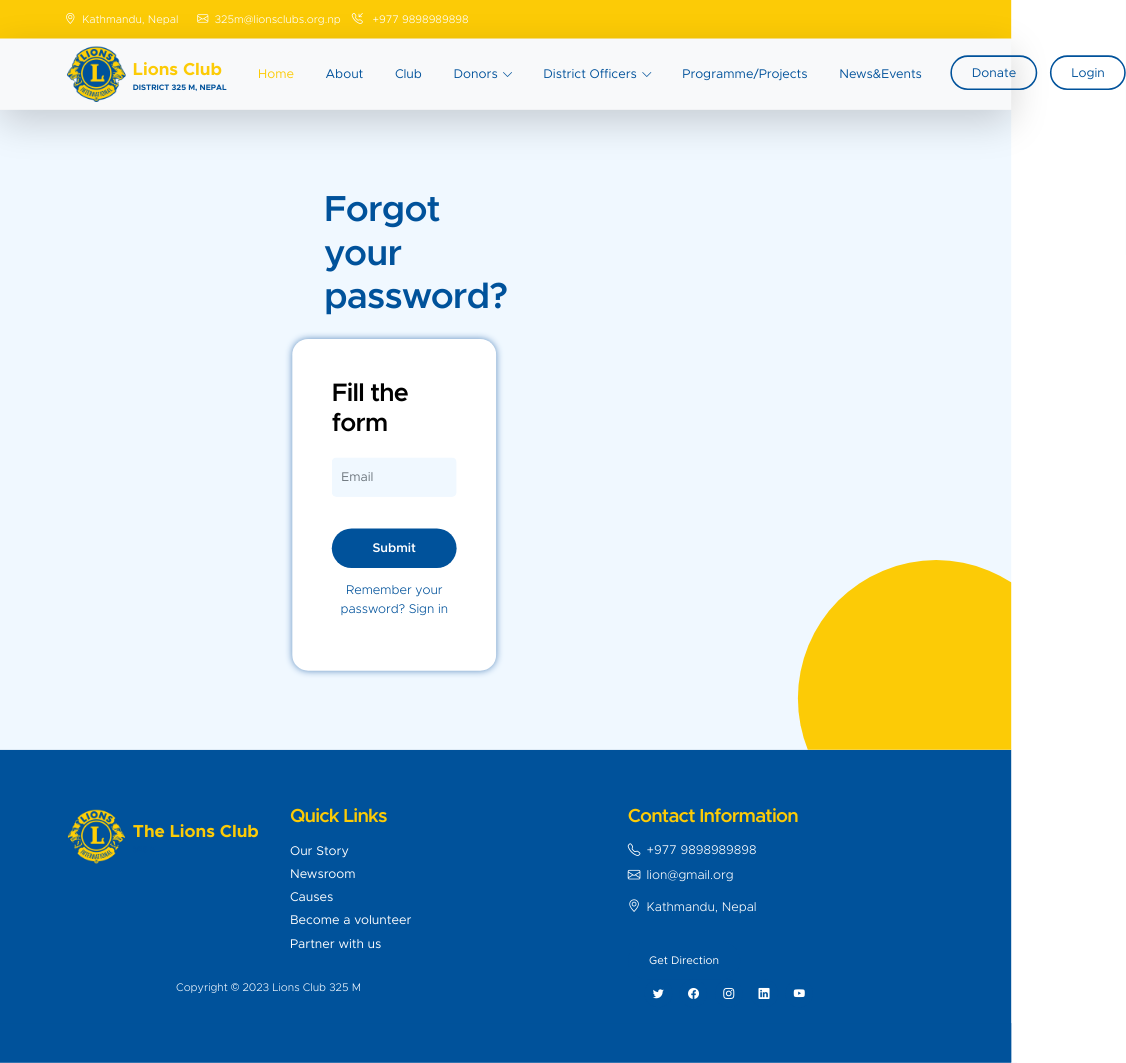
Repository: sandhya8109/Lions
Page: http://localhost/forget.php
An editor plug-in stored every save of this project. The page is shown before and after the next save, followed by the edit.
The browser window is 1280 px wide. The page is 1425 px wide, so the pictures cover 1425 px, including what lies to the right of the window. The pictures show the whole page, at 79% of full size.
The page is run by PHP 8.4 with error messages shown; the project is at /var/www/html/.

Above is the page before, as saved 2023-06-18 14:02:48.
Console error: TypeError: Cannot read properties of undefined (reading 'top')

### forget.php
<?php include('nav.php')
    ?>
<!--Volunteer start-->
<section class="volunteer-section section-padding" id="section_4" style="background-color:var(--section-bg-color);">
    <div class="container">
        <div class="row">

            <div class="col-lg-6 col-12" style=" padding-left:300px;">
                <h2 class="mb-4" style="color:#00529b; padding-left:40px; ">Forgot your password?</h2>
                <form class="custom-form volunteer-form mb-5 mb-lg-0" action="#" method="post" role="form"
                    style="box-shadow: 0 0 9px rgb(91, 139, 190);">
                    <h3 class="mb-4">Fill the form</h3>

                    <div class="row">
                        <div class="col-lg-12">
                            <input type="email" name="email" id="email" class="form-control" placeholder="Email"
                                required>
                        </div>
                    </div>

                    <div class="row mt-3">
                        <div class="col-lg-12">
                            <button type="submit" class="form-control">Submit</button>
                        </div>
                    </div>

                    <div class="row mt-3">
                        <div class="col-lg-12">
                            <p class="text-center">Remember your password? <a href="#">Sign in</a></p>
                        </div>
                    </div>
                </form>



            </div>



        </div>
    </div>
</section>
<!--Login form -->
<?php include('footer.php')
    ?>

### nav.php
<!doctype html>
<html lang="en">

<head>
    <meta charset="utf-8">
    <meta name="viewport" content="width=device-width, initial-scale=1">
    <meta name="description" content="">
    <meta name="author" content="">
    <title>Lions Club International </title>
    <!-- CSS FILES -->
    <link href="css/bootstrap.min.css" rel="stylesheet">
    <link href="css/bootstrap-icons.css" rel="stylesheet">
    <link href="css/styles.css" rel="stylesheet">
</head>

<body id="section_1">

    <header class="site-header">
        <div class="container">
            <div class="row">

                <div class="col-lg-8 col-12 d-flex flex-wrap">
                    <p class="d-flex me-4 mb-0">
                        <i class="bi-geo-alt me-2"></i>
                        Kathmandu, Nepal
                    </p>

                    <p class="d-flex mb-0">
                        <i class="bi-envelope me-2"></i>

                        <a href="mailto:info@company.com">
                            325m@lionsclubs.org.np
                        </a>
                    </p>
                    &nbsp; &nbsp;
                    <p class="d-flex mb-0">
                        <i class="bi bi-telephone-inbound"></i>
                        &nbsp; &nbsp;
                        <a href="tel:+9779898989898">
                            +977 9898989898
                        </a>
                    </p>
                </div>
            </div>
        </div>
    </header>
    <nav class="navbar navbar-expand-lg bg-light shadow-lg">
        <div class="container">

            <a class="navbar-brand" href="index.php">
                <img src="images/logo.png" class="logo img-fluid">
                <span>
                    Lions Club
                    <small>District 325 M, Nepal</small>
                </span>
            </a>
            <button class="navbar-toggler" type="button" data-bs-toggle="collapse" data-bs-target="#navbarNav"
                aria-controls="navbarNav" aria-expanded="false" aria-label="Toggle navigation">
                <span class="navbar-toggler-icon"></span>
            </button>

            <div class="collapse navbar-collapse" id="navbarNav">

                <ul class="navbar-nav ms-auto">
                    <li class="nav-item">
                        <a class="nav-link click-scroll" href="./index.php">Home</a>
                    </li>

                    <li class="nav-item">
                        <a class="nav-link click-scroll" href="./about.php">About</a>
                    </li>

                    <li class="nav-item">
                        <a class="nav-link click-scroll" href="./club.php">Club</a>
                    </li>

                    <li class="nav-item dropdown">
                        <a class="nav-link click-scroll dropdown-toggle" href="#section_5"
                            id="navbarLightDropdownMenuLink" role="button" data-bs-toggle="dropdown"
                            aria-expanded="false">Donors</a>

                        <ul class="dropdown-menu dropdown-menu-light" aria-labelledby="navbarLightDropdownMenuLink">
                            <li><a class="dropdown-item" href="news.php">PMJF</a></li>

                            <li><a class="dropdown-item" href="news-detail.php">MJF</a></li>
                            <li><a class="dropdown-item" href="news-detail.php">Campaign 100</a></li>
                            <li><a class="dropdown-item" href="news-detail.php">Cam 100</a></li>
                        </ul>
                    </li>


                    <li class="nav-item dropdown">
                        <a class="nav-link click-scroll dropdown-toggle" href="#section_5"
                            id="navbarLightDropdownMenuLink" role="button" data-bs-toggle="dropdown"
                            aria-expanded="false">District Officers</a>

                        <ul class="dropdown-menu dropdown-menu-light" aria-labelledby="navbarLightDropdownMenuLink">
                            <li><a class="dropdown-item" href="news.php">Governor Team</a></li>

                            <li><a class="dropdown-item" href="news-detail.php">Advisor Council</a></li>
                            <li><a class="dropdown-item" href="news-detail.php">Coordinators</a></li>
                            <li><a class="dropdown-item" href="news-detail.php">District Committee</a></li>
                            <li><a class="dropdown-item" href="news-detail.php">CC/AC/RC/ZC/DC</a></li>
                        </ul>
                    </li>

                    <li class="nav-item">
                        <a class="nav-link click-scroll" href="#section_9">Programme/Projects</a>
                    </li>
                    <li class="nav-item">
                        <a class="nav-link click-scroll" href="./news.php">News&Events</a>
                    </li>
                    <li class="nav-item ms-3">
                        <a class="nav-link custom-btn custom-border-btn btn" href="donate.php">Donate</a>
                    </li>
                    <li class="nav-item ms-3">
                        <a class="nav-link custom-btn custom-border-btn btn" href="login.php">Login</a>
                    </li>
                </ul>
            </div>
        </div>
    </nav>

### footer.php
<footer class="site-footer">
    <div class="container">
        <div class="row">
            <div class="col-lg-3 col-12 mb-4">
                <a class="navbar-brand" href="index.html">
                    <img src="images/logo.png" class="logo img-fluid" alt="Kind Heart Charity">
                    <span>
                        The Lions Club
                        <small>325 M</small>
                    </span>
                </a>

            </div>

            <div class="col-lg-4 col-md-6 col-12 mb-4">
                <h5 class="site-footer-title mb-3">Quick Links</h5>

                <ul class="footer-menu">
                    <li class="footer-menu-item"><a href="#" class="footer-menu-link">Our Story</a></li>

                    <li class="footer-menu-item"><a href="#" class="footer-menu-link">Newsroom</a></li>

                    <li class="footer-menu-item"><a href="#" class="footer-menu-link">Causes</a></li>

                    <li class="footer-menu-item"><a href="#" class="footer-menu-link">Become a volunteer</a></li>

                    <li class="footer-menu-item"><a href="#" class="footer-menu-link">Partner with us</a></li>
                </ul>
            </div>

            <div class="col-lg-4 col-md-6 col-12 mx-auto">
                <h5 class="site-footer-title mb-3">Contact Information</h5>

                <p class="text-white d-flex mb-2">
                    <i class="bi-telephone me-2"></i>

                    <a href="tel: +977 9898989898" class="site-footer-link">
                        +977 9898989898
                    </a>
                </p>

                <p class="text-white d-flex">
                    <i class="bi-envelope me-2"></i>

                    <a href="mailto:info@yourgmail.com" class="site-footer-link">
                        lion@gmail.org
                    </a>
                </p>

                <p class="text-white d-flex mt-3">
                    <i class="bi-geo-alt me-2"></i>
                    Kathmandu, Nepal
                </p>

                <a href="#" class="custom-btn btn mt-3">Get Direction</a>
            </div>
            <div class="col-lg-6 col-md-7 col-12">
                <p class="copyright-text mb-0">Copyright © 2023 Lions Club 325 M
                </p>
            </div>

            <div class="col-lg-6 col-md-5 col-12 d-flex justify-content-center align-items-center mx-auto">
                <ul class="social-icon">
                    <li class="social-icon-item">
                        <a href="#" class="social-icon-link bi-twitter"></a>
                    </li>

                    <li class="social-icon-item">
                        <a href="#" class="social-icon-link bi-facebook"></a>
                    </li>

                    <li class="social-icon-item">
                        <a href="#" class="social-icon-link bi-instagram"></a>
                    </li>

                    <li class="social-icon-item">
                        <a href="#" class="social-icon-link bi-linkedin"></a>
                    </li>

                    <li class="social-icon-item">
                        <a href="https://youtube.com/templatemo" class="social-icon-link bi-youtube"></a>
                    </li>
                </ul>
            </div>
        </div>
    </div>

    <div class="site-footer-bottom">
        <div class="container">
            <div class="row">



            </div>
        </div>
    </div>
</footer>

<!-- JAVASCRIPT FILES -->
<script src="js/jquery.min.js"></script>
<script src="js/bootstrap.min.js"></script>
<script src="js/jquery.sticky.js"></script>
<script src="js/click-scroll.js"></script>
<script src="js/counter.js"></script>
<script src="js/custom.js"></script>

</body>

</html>

Loaded but not shown: css/bootstrap.min.css (library); css/bootstrap-icons.css (library); js/jquery.min.js (library); js/bootstrap.min.js (library); js/jquery.sticky.js (library); js/custom.js (common file); js/counter.js (89 lines, source omitted); js/click-scroll.js (37 lines, source omitted); css/styles.css (1669 lines, source omitted)

After the next save:
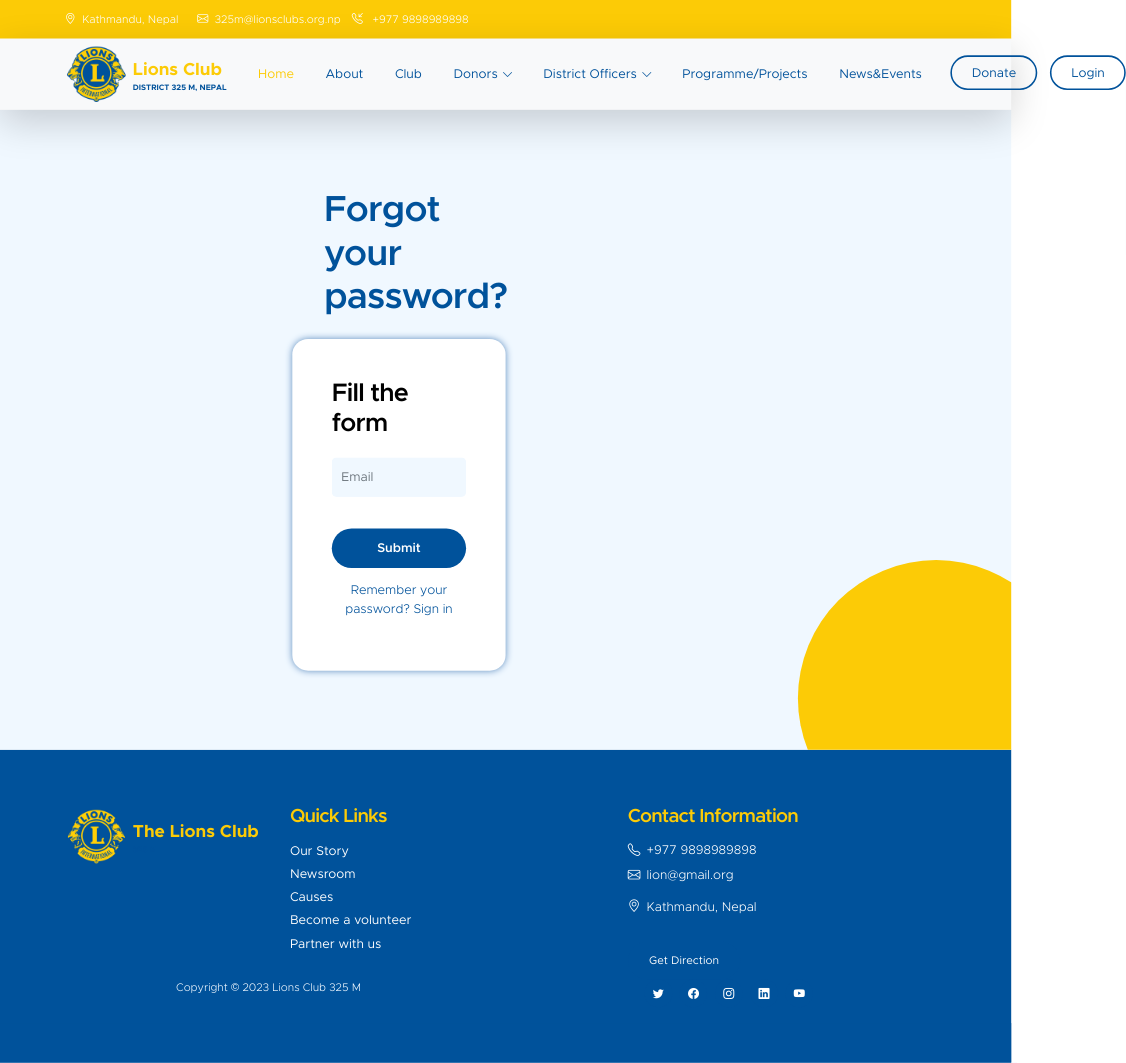
Saved 11 s later.
--- a/forget.php
+++ b/forget.php
@@ -5,7 +5,7 @@
     <div class="container">
         <div class="row">
 
-            <div class="col-lg-6 col-12" style=" padding-left:300px;">
+            <div class="col-lg-6 col-12" style=" padding-left:300px; padding-right:0px;">
                 <h2 class="mb-4" style="color:#00529b; padding-left:40px; ">Forgot your password?</h2>
                 <form class="custom-form volunteer-form mb-5 mb-lg-0" action="#" method="post" role="form"
                     style="box-shadow: 0 0 9px rgb(91, 139, 190);">
